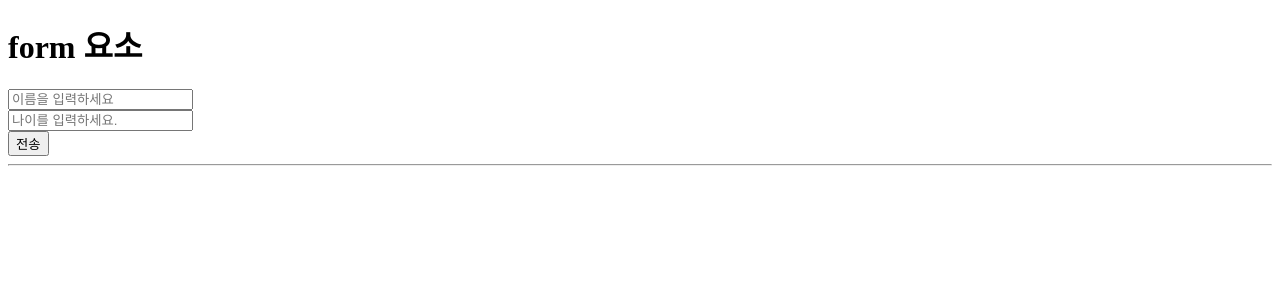
Repository: JJinBBangg/JSP
Page: http://localhost/jsp/ch03/lecture/05request/05form.jsp
The author's editor kept a copy of each file at every save. The page is drawn from the files as they stood at one save, then again after the next save.
The browser window is 1280 px wide. The pictures show the whole page.
The page is served by Tomcat 9.

Above is the page before, as saved 2023-03-28 03:30:59.

After the next save:
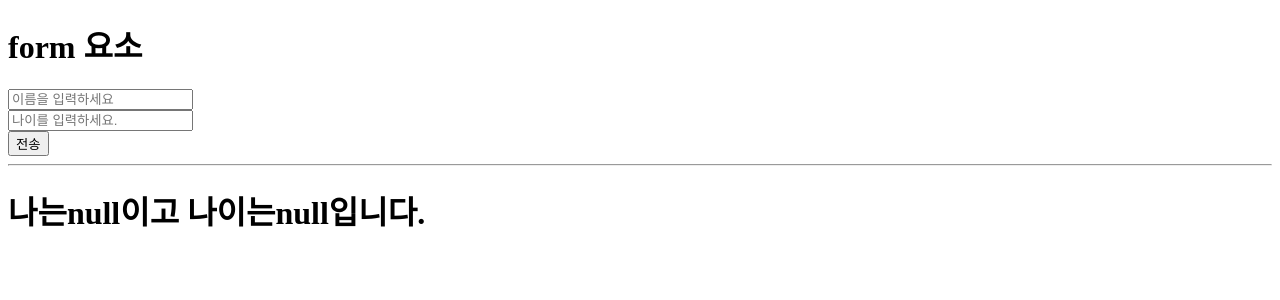
Saved 43 s later.
--- a/jsp/src/main/webapp/ch03/lecture/05request/05form.jsp
+++ b/jsp/src/main/webapp/ch03/lecture/05request/05form.jsp
@@ -18,5 +18,6 @@
 	String age = request.getParameter("age");
 	String name = request.getParameter("name");
 	%>
+	<h1> 나는<%=name %>이고 나이는<%=age %>입니다.</h1>
 </body>
 </html>
